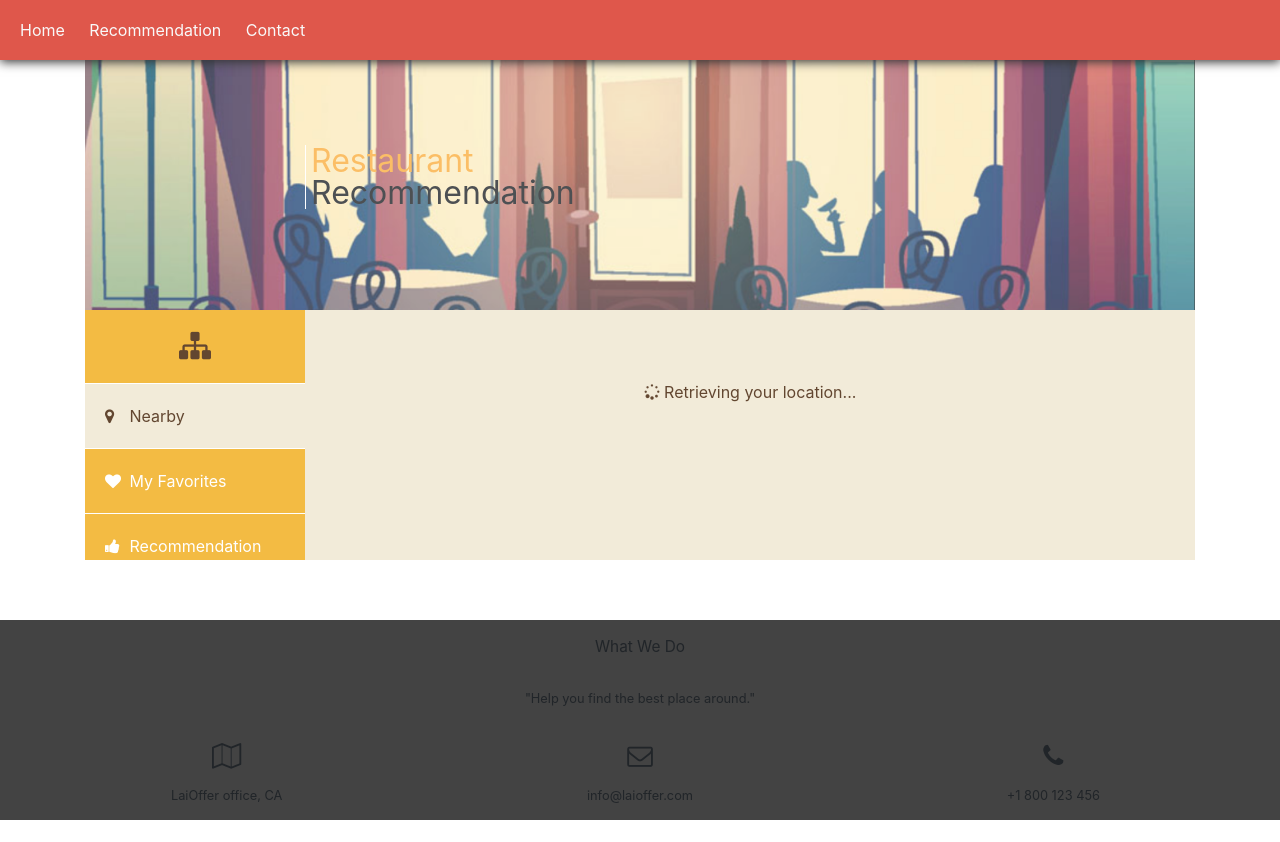
Repository: bchenSyr/restaurant-recommend
Page: http://localhost/YelpRecommend/
These files come from the project's save history. The page is drawn as it stood at one moment and after the next save; the edit follows.
The browser window is 1280 px wide. The pictures show the whole page.
Some web libraries are served in a nearby version. The page is served by Tomcat 9.

Above is the page before, as saved 2018-09-17 05:52:10.

After the next save:
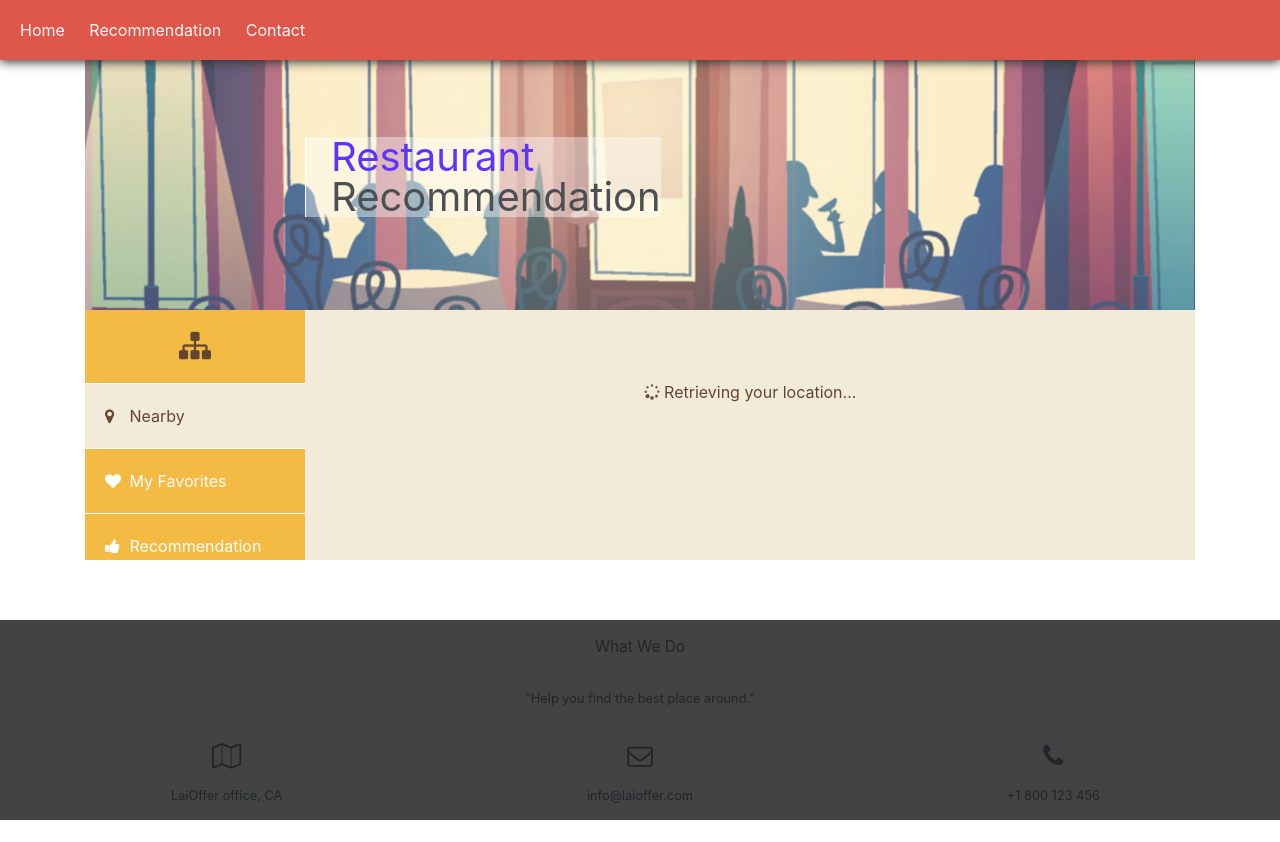
Saved 11 min 0 s later.
--- a/YelpRecommend/WebContent/styles/main.css
+++ b/YelpRecommend/WebContent/styles/main.css
@@ -86,16 +86,18 @@ ul {
 }
 
 .container>header p {
+	background-color: rgba(255, 255, 255, 0.4);
 	border-left: 1px solid #FFFFFF;
 	font-weight: 400;
-	font-size: 2em;
+	font-size: 2.5em;
 	line-height: 1em;
 	margin-left: 220px;
-	padding-left: 5px;
+	padding-left: 25px;
 }
 
 .container>header span {
-	color: #FBAF41;
+	/* color: #FBAF41; */
+	color: #3700ff;
 }
 
 /**
